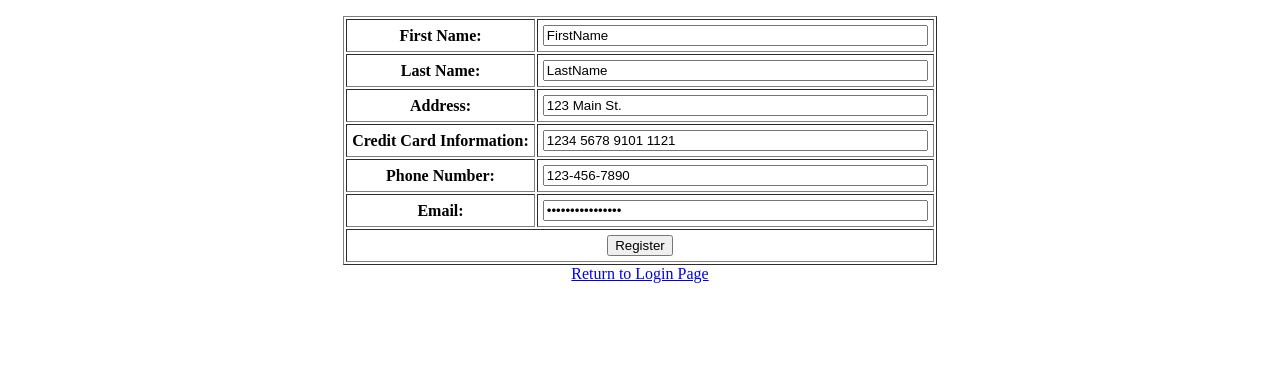
Repository: DBMS-Project-1/Part-1
Page: http://localhost/database/register.jsp
An editor plug-in stored every save of this project. The page is shown before and after the next save, followed by the edit.
The browser window is 1280 px wide. The pictures show the whole page.
The page is served by Tomcat 9. Other server files are loaded and not shown.

Above is the page before, as saved 2023-10-13 22:20:23.

### database/WebContent/register.jsp
<%@ page language="java" contentType="text/html; charset=ISO-8859-1"
    pageEncoding="ISO-8859-1"%>
<!DOCTYPE html>
<html>
<head><title>Registration</title></head>
<body>
	<div align="center">
		<p> ${errorOne } </p>
		<p> ${errorTwo } </p>
		<form action="register">
			<table border="1" cellpadding="5">
				<tr>
					<th>First Name: </th>
					<td align="center" colspan="3">
						<input type="text" name="firstName" size="45" value="FirstName" onfocus="this.value=''">
					</td>
				</tr>
				<tr>
					<th>Last Name: </th>
					<td align="center" colspan="3">
						<input type="text" name="lastName" size="45" value="LastName" onfocus="this.value=''">
					</td>
				</tr>
				<tr>
					<th>Address: </th>
					<td align="center" colspan="3">
						<input type="text" name="birthday" size="45" value="123 Main St." onfocus="this.value=''">
					</td>

				</tr>
				<tr>
					<th>Credit Card Information: </th>
					<td align="center" colspan="3">
						<input type="text" name="birthday" size="45" value="1234 5678 9101 1121" onfocus="this.value=''">
					</td>

				</tr>
				<tr>
					<th>Phone Number: </th>
					<td align="center" colspan="3">
						<input type="text" name="birthday" size="45" value="123-456-7890" onfocus="this.value=''">
					</td>

				</tr>

				<tr>
					<th>Email: </th>
					<td align="center" colspan="3">
						<input type="password" name="password" size="45" value="example@mail.com" onfocus="this.value=''">
					</td>
				</tr>
				<tr>
					<td align="center" colspan="5">
						<input type="submit" value="Register"/>
					</td>
				</tr>
			</table>
			<a href="login.jsp" target="_self">Return to Login Page</a>
		</form>
	</div>
</body>

After the next save:
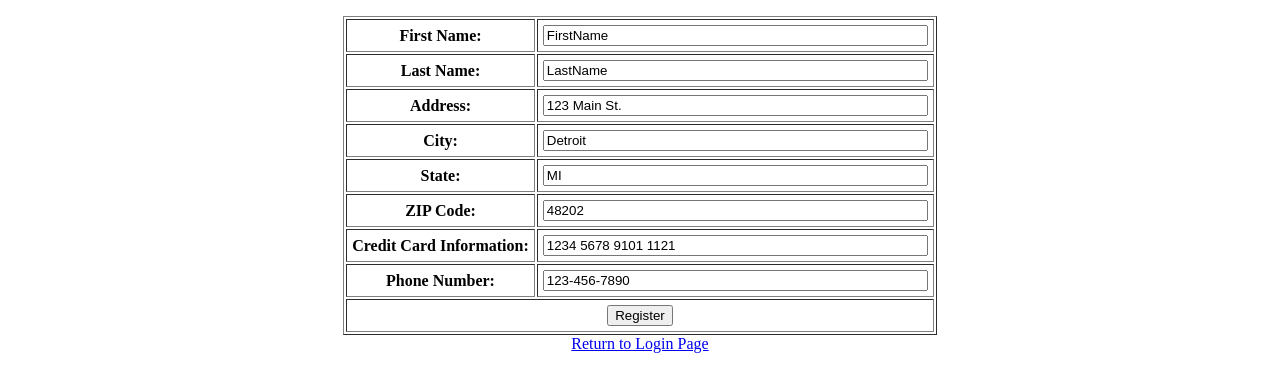
Saved 5 min 32 s later.
--- a/database/WebContent/register.jsp
+++ b/database/WebContent/register.jsp
@@ -24,31 +24,42 @@
 				<tr>
 					<th>Address: </th>
 					<td align="center" colspan="3">
-						<input type="text" name="birthday" size="45" value="123 Main St." onfocus="this.value=''">
+						<input type="text" name="address" size="45" value="123 Main St." onfocus="this.value=''">
 					</td>
+				</tr>
 
+				<tr>
+					<th>City: </th>
+					<td align="center" colspan="3">
+						<input type="text" name="city" size="45" value="Detroit" onfocus="this.value=''">
+					</td>
 				</tr>
+				<tr>
+					<th>State: </th>
+					<td align="center" colspan="3">
+						<input type="text" name="state" size="45" value="MI" onfocus="this.value=''">
+					</td>
+				</tr>
+				<tr>
+					<th>ZIP Code: </th>
+					<td align="center" colspan="3">
+						<input type="text" name="zipCode" size="45" value="48202" onfocus="this.value=''">
+					</td>
+				</tr>
+
 				<tr>
 					<th>Credit Card Information: </th>
 					<td align="center" colspan="3">
-						<input type="text" name="birthday" size="45" value="1234 5678 9101 1121" onfocus="this.value=''">
+						<input type="text" name="creditCardInformation" size="45" value="1234 5678 9101 1121" onfocus="this.value=''">
 					</td>
-
 				</tr>
 				<tr>
 					<th>Phone Number: </th>
 					<td align="center" colspan="3">
-						<input type="text" name="birthday" size="45" value="123-456-7890" onfocus="this.value=''">
+						<input type="text" name="phoneNumber" size="45" value="123-456-7890" onfocus="this.value=''">
 					</td>
-
 				</tr>
 
-				<tr>
-					<th>Email: </th>
-					<td align="center" colspan="3">
-						<input type="password" name="password" size="45" value="example@mail.com" onfocus="this.value=''">
-					</td>
-				</tr>
 				<tr>
 					<td align="center" colspan="5">
 						<input type="submit" value="Register"/>
